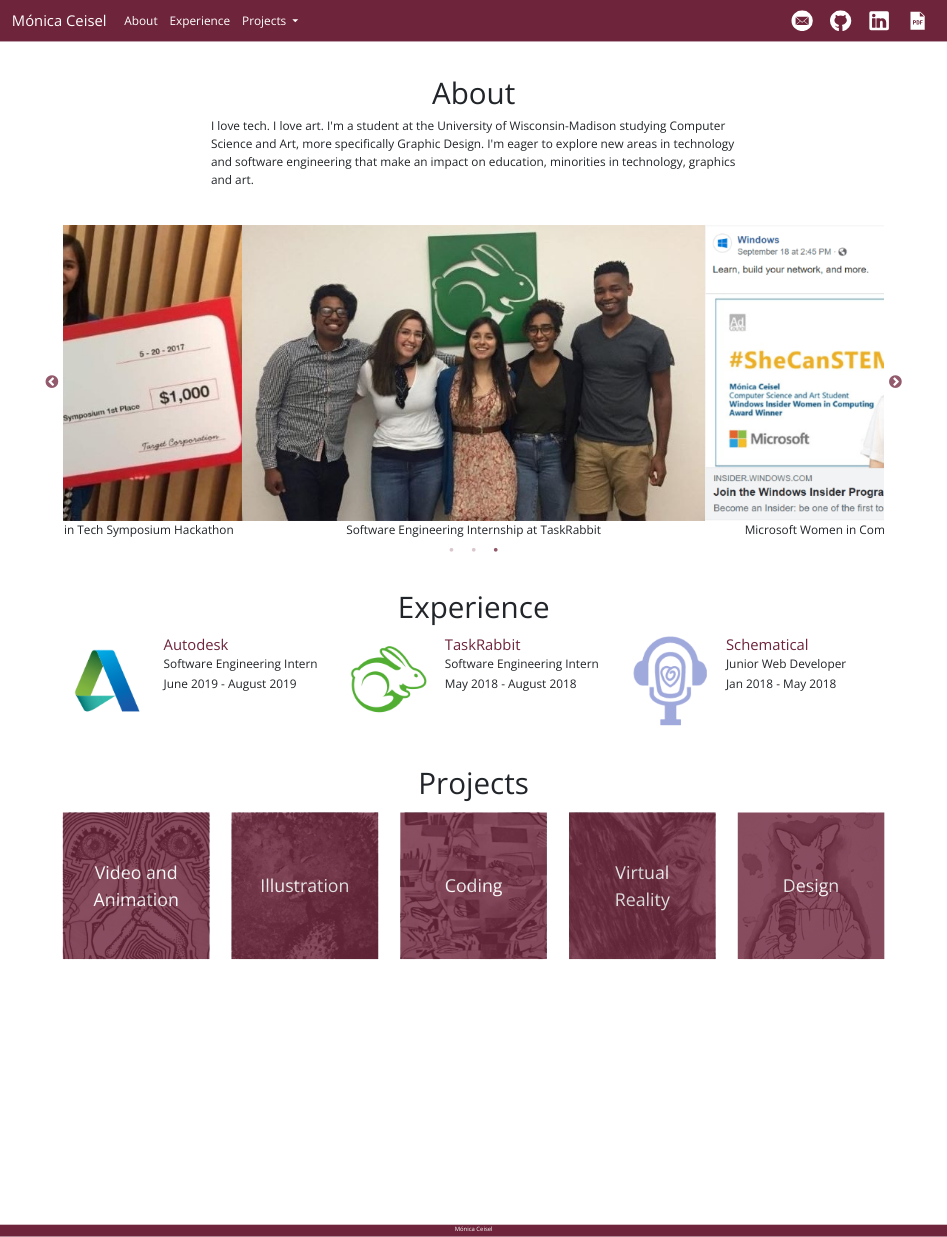
Repository: ceiselm/ceiselm.github.io
Page: index.html
The author's editor kept a copy of each file at every save. The page is drawn from the files as they stood at one save, then again after the next save.
The browser window is 1280 px wide. The pictures show the whole page, at 74% of full size.

Above is the page before, as saved 2019-07-12 06:54:41.

After the next save:
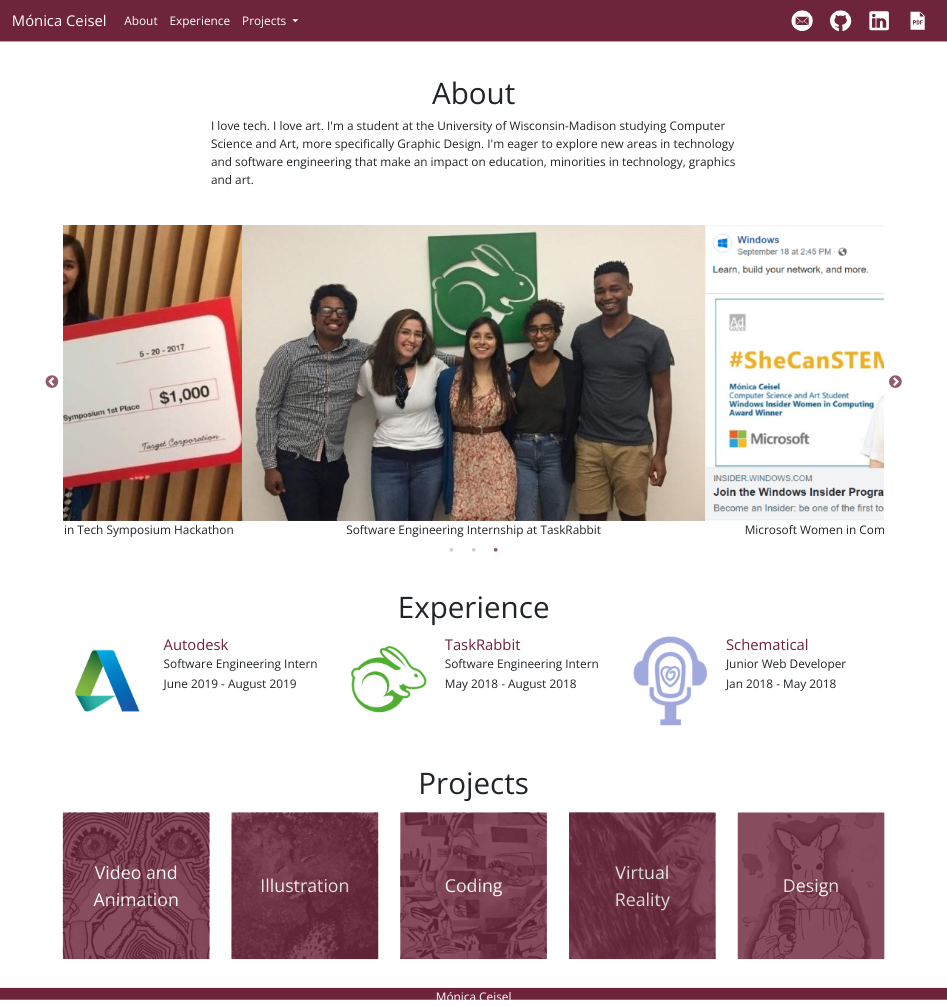
Saved 46 s later.
--- a/index.html
+++ b/index.html
@@ -222,8 +222,11 @@
 
   <div class="portion">
         <div class="footer">
-          <div class="footer-text">
+          <div class="container">
+            <div class="row"></div>
               M&oacute;nica Ceisel
+            </div>
+          </div>
           </div>
         </div>
     <!-- <div class="footer"></div> -->
